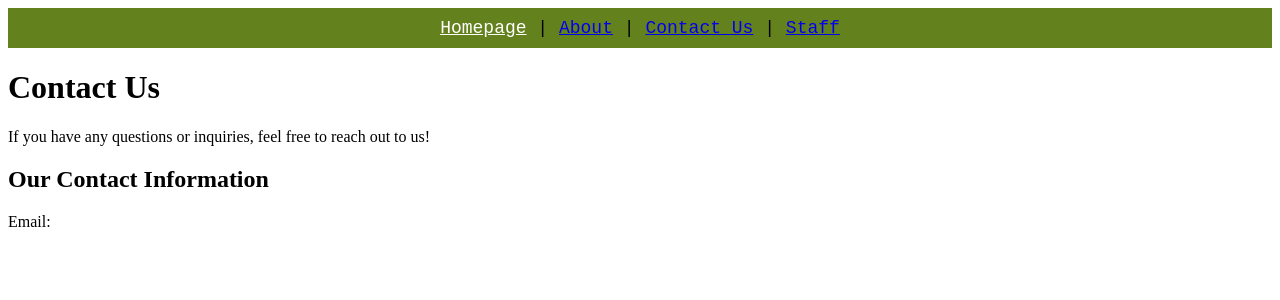
Repository: ficotims/HTML-RESTART
Page: Contact us.html
An editor plug-in stored every save of this project. The page is shown before and after the next save, followed by the edit.
The browser window is 1280 px wide. The pictures show the whole page.

Above is the page before, as saved 2026-02-08 14:07:34.

After the next save:
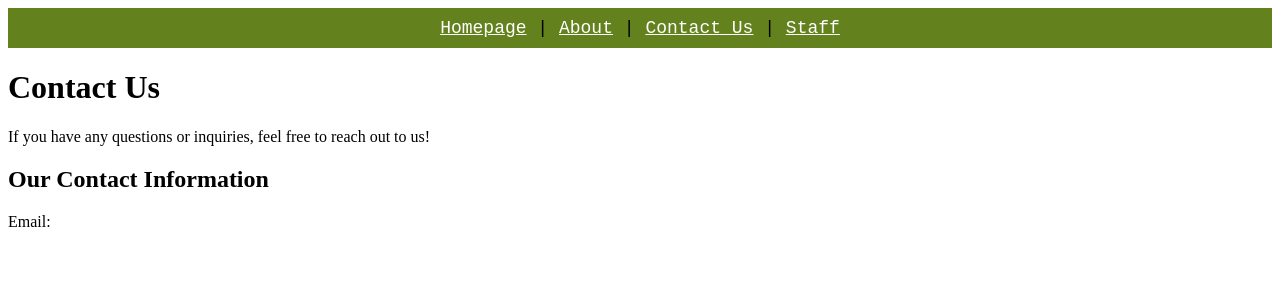
Saved 59 s later.
--- a/Contact us.html
+++ b/Contact us.html
@@ -9,8 +9,8 @@
           <!-- NAVIGATION SECTION -->
  <div style="background-color: rgb(99, 129, 29); padding: 10px; text-align: center; font-size: 18px; font-family: monospace, Lemon milk;">
     <a href="Homepage.html" style="color: white;">Homepage</a> |
-    <a href="about.html">About</a> | <a href="Contact us.html">Contact Us</a> |
-    <a href="staff.html">Staff</a>
+    <a href="about.html" style="color: white;">About</a> | <a href="Contact us.html" style="color: white;">Contact Us</a> |
+    <a href="staff.html" style="color: white;">Staff</a>
      </div>
 
         <h1>Contact Us</h1>
